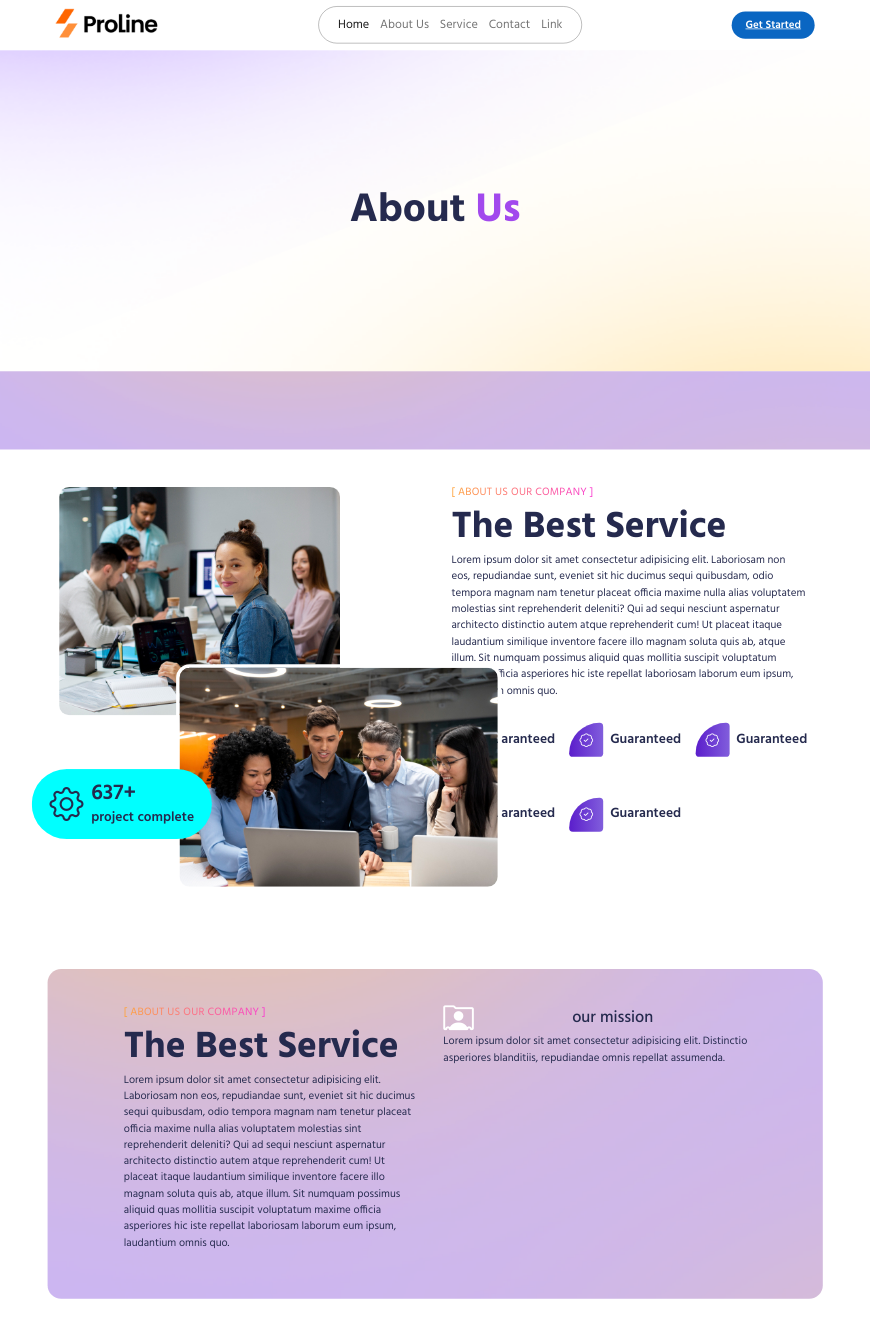
Repository: tagnam/corporate
Page: aboutus.html
The author's editor kept a copy of each file at every save. The page is drawn from the files as they stood at one save, then again after a run of saves.
The browser window is 1280 px wide. The pictures show the whole page, at 68% of full size.

Above is the page before, as saved 2025-02-15 12:26:49.

### aboutus.html
<!DOCTYPE html>
<html lang="en">
    <head>
        <meta charset="UTF-8" />
        <meta name="viewport" content="width=device-width, initial-scale=1.0" />
        <title>Corporate</title>
        <link href="https://cdn.jsdelivr.net/npm/bootstrap@5.2.3/dist/css/bootstrap.min.css" rel="stylesheet" integrity="sha384-rbsA2VBKQhggwzxH7pPCaAqO46MgnOM80zW1RWuH61DGLwZJEdK2Kadq2F9CUG65" crossorigin="anonymous" />
        <script src="https://cdn.jsdelivr.net/npm/bootstrap@5.2.3/dist/js/bootstrap.bundle.min.js" integrity="sha384-kenU1KFdBIe4zVF0s0G1M5b4hcpxyD9F7jL+jjXkk+Q2h455rYXK/7HAuoJl+0I4" crossorigin="anonymous"></script>
        <link rel="stylesheet" type="text/css" href="https://cdn.jsdelivr.net/npm/slick-carousel@1.8.1/slick/slick.css" />
        <link rel="stylesheet" type="text/css" href="https://cdn.jsdelivr.net/npm/slick-carousel@1.8.1/slick/slick-theme.css" />
        <link rel="stylesheet" href="style/css/animation.css" />
        <link rel="stylesheet" href="style/css/responsive.css" />
        <link rel="stylesheet" href="style/css/style.css" />
    </head>
<body>
            <!--======================================= start navigation bar  ===================================-->

            <header>
                <!-- <div class="nav-top">
                    <div class="col-lg-4"></div>
                    <div class="col-lg-4"></div>
                    <div class="col-lg-4"></div>
                </div> -->
                <nav class="navbar navbar-expand-lg ">
                    <div class="container">
                      <a class="navbar-brand" href="#"><img src="images/leads-proline-300x95.png" width="150px" alt=""></a>
                      <button class="navbar-toggler" type="button" data-bs-toggle="collapse" data-bs-target="#navbarSupportedContent" aria-controls="navbarSupportedContent" aria-expanded="false" aria-label="Toggle navigation">
                        <span class="navbar-toggler-icon"></span>
                      </button>
                      <div class="collapse navbar-collapse justify-content-between" id="navbarSupportedContent">
                        <div class="custom-nav-menu">
                            <ul class="navbar-nav custome-navbar-nav ">
                                <li class="nav-item custome-nav-item">
                                  <a class="nav-link custome-nav-link active" aria-current="page" href="/">Home</a>
                                </li>
                                <li class="nav-item custome-nav-item">
                                  <a class="nav-link custome-nav-link" href="aboutus.html">About Us</a>
                                </li>
                                <li class="nav-item custome-nav-item">
                                  <a class="nav-link custome-nav-link" href="#">Service</a>
                                </li>
                                <li class="nav-item custome-nav-item">
                                  <a class="nav-link custome-nav-link" href="#">Contact </a>
                                </li>
                                <li class="nav-item custome-nav-item">
                                  <a class="nav-link custome-nav-link" href="#">Link</a>
                                </li>
                              </ul>
                        </div>

                      </div>
                      <div >
                        <a href="" class="custom-btn"> Get Started </a>
        </div>
                    </div>
                  </nav>
            </header>

             <!--======================================= end navigation bar  ===================================-->



             <!--====================================== start about banner section ===================================-->


             <section class="innerpage-banner">
                <div class="container">
                    <div class="row">
                            <div class="col-lg-12">
                                <h2 class="inner-heading"> About <span> Us </span></h2>
                            </div>
                    </div>
                </div>
             </section>

             <!--====================================== end about banner section ===================================-->
                     <!--================================================= start client-slider  section ==========================-->
        <section class="client-slider-section">
            <div class="container-fluid" style="padding: 10px 0px;">
                <div class="row">
                    <marquee behavior="" direction="">
                        <div class="marquee" style="width: 130%; overflow: hidden;">

                              <img  src="images/leads-proline-300x95.png"   style="width: 200px;"   alt="" />
                              <img  src="images/marquee-4-icon.webp"   style="width: 75px;"   alt="" />
                              <img  src="images/leads-proline-300x95.png"   style="width: 200px;"   alt="" />
                              <img  src="images/marquee-4-icon.webp"   style="width: 75px;"   alt="" />
                              <img  src="images/leads-proline-300x95.png"   style="width: 200px;"   alt="" />
                              <img  src="images/marquee-4-icon.webp"   style="width: 75px;"   alt="" />
                              <img  src="images/leads-proline-300x95.png"   style="width: 200px;"   alt="" />
                              <img  src="images/marquee-4-icon.webp"   style="width: 75px;"   alt="" />
                              <img  src="images/leads-proline-300x95.png"   style="width: 200px;"   alt="" />
                              <img  src="images/marquee-4-icon.webp"   style="width: 75px;"   alt="" />
                              <img  src="images/leads-proline-300x95.png"   style="width: 200px;"   alt="" />
                              <img  src="images/marquee-4-icon.webp"   style="width: 75px;"   alt="" />


                        </div>
                    </marquee>
                </div>
            </div>
        </section>

        <!--================================================= end client-slider  section ==========================-->

                <!--================================================= star about section ==========================-->

                <section>
                    <div class="container">
                        <div class="row">
                            <div class="col-lg-6">
                                <div class="about-left" style="position: relative;">
                                    <figure class="about-img-container">
                                        <img class="about-img-001 A-image01" src="images/about-img-1.jpg" alt="" />
                                        <img class="about-img-001 A-image02" src="images/about-img-2.jpg" alt="" />
                                    </figure>
                                    <div class="project-counter">
                                        <div class="project-icon">
                                            <i class="bi bi-gear"></i>
                                        </div>
                                        <div class="project-number">
                                            <h2>637+</h2>
                                            <p>project complete</p>
                                        </div>
                                    </div>
                                </div>
                            </div>
                            <div class="col-lg-6">
                                <div class="container-fluid" style="margin-bottom: 20px;">
                                    <h3 class="sub-heading">[ about us our company ]</h3>
                                    <h1 class="title">The Best Service</h1>

                                    <div class="about-text">
                                        <p>
                                            Lorem ipsum dolor sit amet consectetur adipisicing elit. Laboriosam non eos, repudiandae sunt, eveniet sit hic ducimus sequi quibusdam, odio tempora magnam nam tenetur placeat officia maxime nulla alias
                                            voluptatem molestias sint reprehenderit deleniti? Qui ad sequi nesciunt aspernatur architecto distinctio autem atque reprehenderit cum! Ut placeat itaque laudantium similique inventore facere illo magnam
                                            soluta quis ab, atque illum. Sit numquam possimus aliquid quas mollitia suscipit voluptatum maxime officia asperiores hic iste repellat laboriosam laborum eum ipsum, laudantium omnis quo.
                                        </p>
                                    </div>
                                </div>
                                <div class="about-right-container">
                                    <ul class="about-list">
                                        <li class="about-list-item">
                                            <div class="col-lg-2 about-icon"><i class="bi bi-patch-check"></i></div>
                                            <div class="col-lg-10">
                                                <div class="about-list-title">Guaranteed</div>
                                            </div>
                                        </li>

                                        <li class="about-list-item">
                                            <div class="col-lg-2 about-icon"><i class="bi bi-patch-check"></i></div>
                                            <div class="col-lg-10">
                                                <div class="about-list-title">Guaranteed</div>
                                            </div>
                                        </li>
                                        <li class="about-list-item">
                                            <div class="col-lg-2 about-icon"><i class="bi bi-patch-check"></i></div>
                                            <div class="col-lg-10">
                                                <div class="about-list-title">Guaranteed</div>
                                            </div>
                                        </li>
                                        <li class="about-list-item">
                                            <div class="col-lg-2 about-icon"><i class="bi bi-patch-check"></i></div>
                                            <div class="col-lg-10">
                                                <div class="about-list-title">Guaranteed</div>
                                            </div>
                                        </li>
                                        <li class="about-list-item">
                                            <div class="col-lg-2 about-icon"><i class="bi bi-patch-check"></i></div>
                                            <div class="col-lg-10">
                                                <div class="about-list-title">Guaranteed</div>
                                            </div>
                                        </li>
                                    </ul>
                                </div>
                            </div>
                        </div>
                    </div>
                </section>
                <!--================================================= end about  section ==========================-->


            <!--==================================== start mission vission section ====================================-->

            <section class="mission-visson-section">
                <div class="container mission-vission-container">
                    <div class="row">
                        <div class="col-lg-6">
                            <div class="container-fluid" style="margin-bottom: 20px;">
                                <h3 class="sub-heading">[ about us our company ]</h3>
                                <h1 class="title">The Best Service</h1>

                                <div class="about-text">
                                    <p>
                                        Lorem ipsum dolor sit amet consectetur adipisicing elit. Laboriosam non eos, repudiandae sunt, eveniet sit hic ducimus sequi quibusdam, odio tempora magnam nam tenetur placeat officia maxime nulla alias
                                        voluptatem molestias sint reprehenderit deleniti? Qui ad sequi nesciunt aspernatur architecto distinctio autem atque reprehenderit cum! Ut placeat itaque laudantium similique inventore facere illo magnam
                                        soluta quis ab, atque illum. Sit numquam possimus aliquid quas mollitia suscipit voluptatum maxime officia asperiores hic iste repellat laboriosam laborum eum ipsum, laudantium omnis quo.
                                    </p>
                                </div>
                            </div>
                        </div>
                        <div class="col-lg-6">
                                <div class="mission-vision-card">
                                    <div class="mission-card">
                                        <div class="row">
                                            <div class="col-md-2">
                                                <div class="mission-icon">
                                                    <i class="bi bi-person-rolodex"></i>
                                                </div>
                                            </div>
                                            <div class="col-md-9 d-flex justify-content-center">
                                                <div class="mission-content">
                                                <h4> our mission</h4>
                                                </div>
                                            </div>
                                        </div>
                                        <div class="row">
                                            <p>Lorem ipsum dolor sit amet consectetur adipisicing elit. Distinctio asperiores blanditiis, repudiandae omnis repellat assumenda.</p>
                                        </div>
                                    </div>
                                    <div class="vission-card"></div>
                                </div>
                        </div>
                    </div>
                </div>
            </section>
            <!--==================================== end mission vission section ====================================-->

</body>
</html>

### style/css/animation.css
@keyframes boxmove{
    50% {
        transform: translateX(-20%);
    }
}


@keyframes star{
    0% {
        -webkit-transform: translate(0);
        transform: translate(0);
    }
    25% {
        -webkit-transform: translate(10px, 10px);
        transform: translate(10px, 10px);
    }
    50% {
        -webkit-transform: translate(5px, 5px);
        transform: translate(5px, 5px);
    }
    75% {
        -webkit-transform: translate(10px, -5px);
        transform: translate(10px, -5px);
    }
    100% {
        -webkit-transform: translate(0);
        transform: translate(0);
    }
}

### style/css/responsive.css

@media (max-width: 576px) {

 }

/* Small devices (tablets) */
@media (min-width: 577px) and (max-width: 768px) {

}

/* Medium devices (small laptops) */
@media (min-width: 769px) and (max-width: 992px) {

 }

/* Large devices (desktops) */
@media (min-width: 993px) and (max-width: 1200px) {

}

/* Extra large devices (large desktops) */
@media (min-width: 1201px) {

 }

Loaded but not shown: style/css/style.css (622 lines, source omitted)

After the next 3 saves:
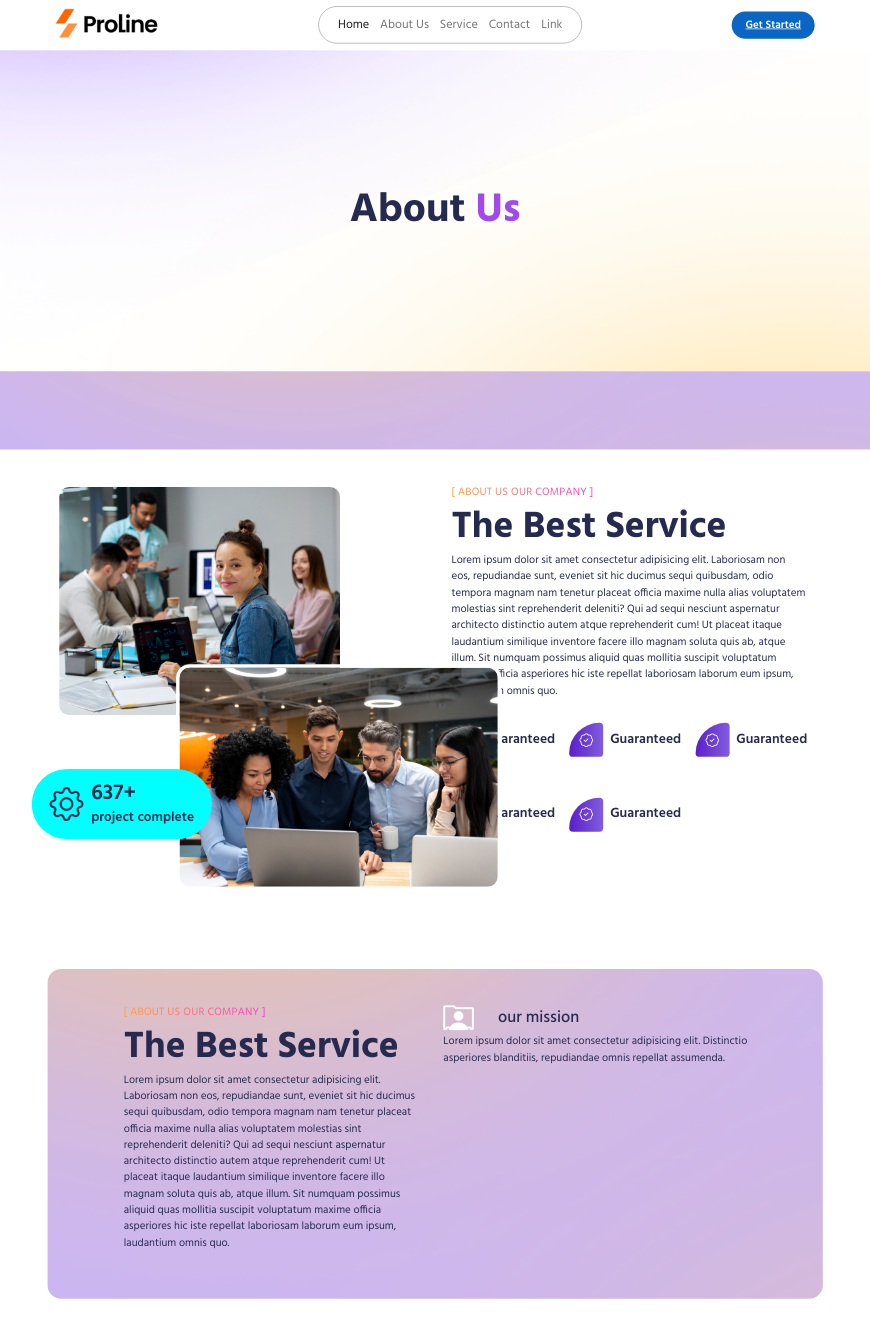
The 3 saves are shown as one change because they came seconds apart.
The last was saved 15 s later.
--- a/aboutus.html
+++ b/aboutus.html
@@ -208,7 +208,7 @@
                                                     <i class="bi bi-person-rolodex"></i>
                                                 </div>
                                             </div>
-                                            <div class="col-md-9 d-flex justify-content-center">
+                                            <div class="col-md-9 d-flex ali">
                                                 <div class="mission-content">
                                                 <h4> our mission</h4>
                                                 </div>
